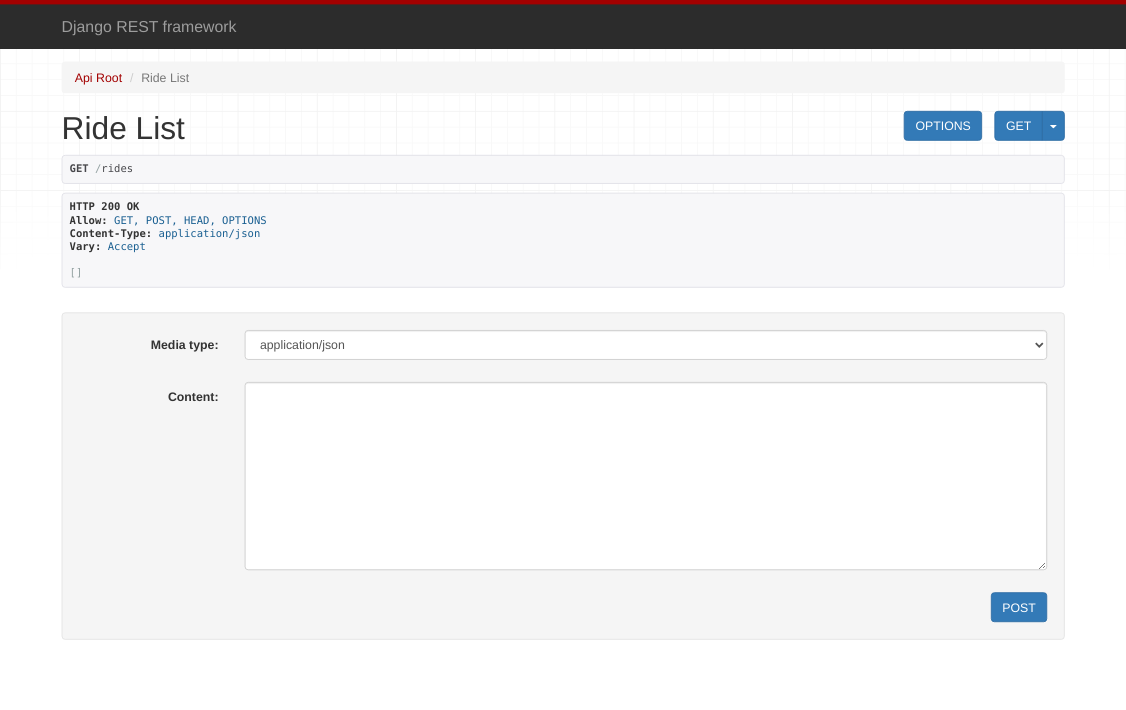
Repository: waynekent10/transport-server
Page: http://localhost/rides
An editor plug-in stored every save of this project. The page is shown before and after the next save, followed by the edit.
The browser window is 1280 px wide. The pictures show the whole page, at 88% of full size.
Backgrounds fixed to the window are drawn as part of the page. The page is served by the project's application, run on Django 4.2 (manage.py). Queries for data that is not in the repository find no rows.

Above is the page before, as saved 2024-07-29 19:48:06.

After the next save:
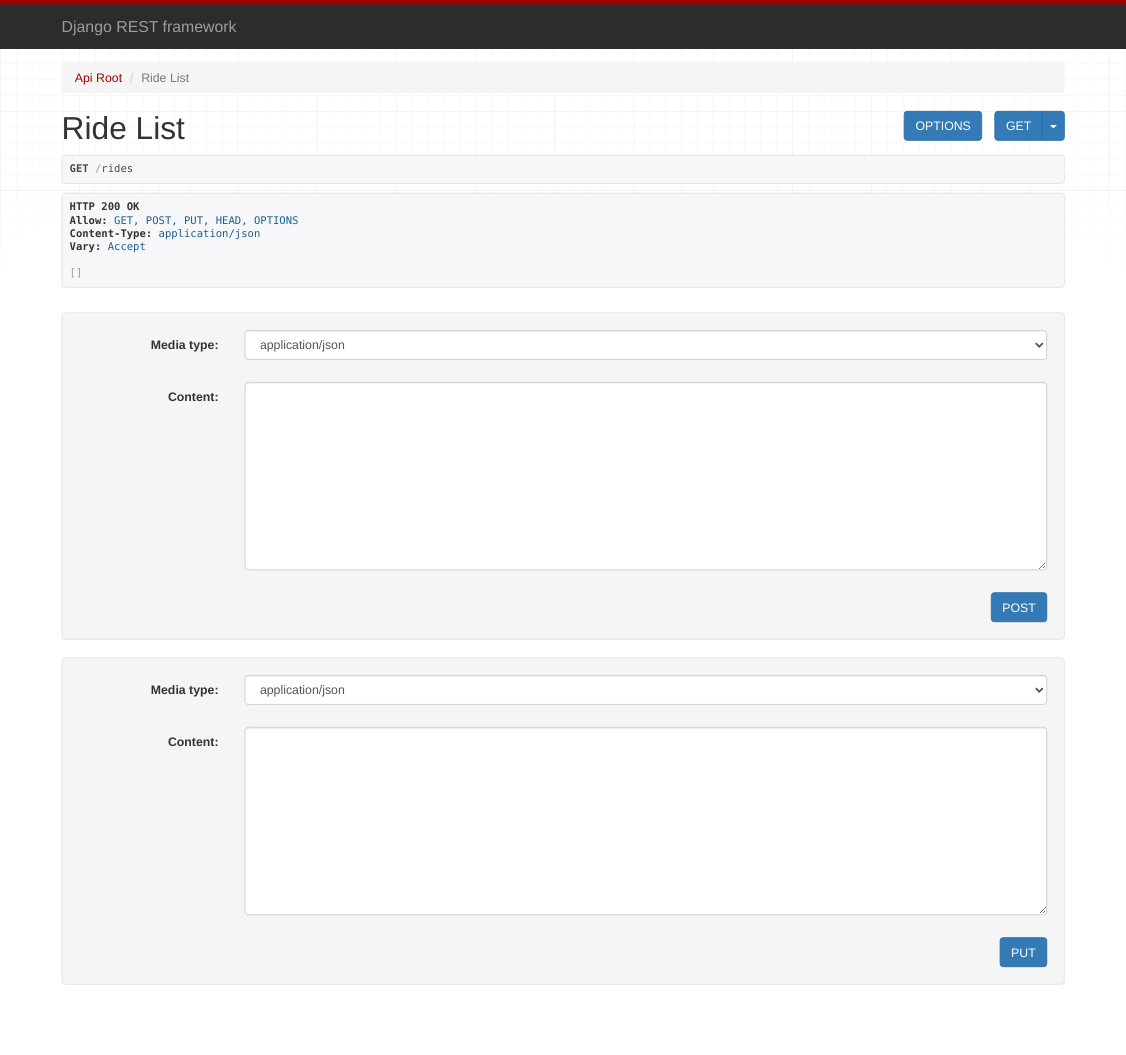
Saved 2 min 28 s later.
--- a/greentransportapi/views/ride_view.py
+++ b/greentransportapi/views/ride_view.py
@@ -36,19 +36,33 @@ class RideView(ViewSet):
         serializer = RideSerializer(ride)
         return Response(serializer.data, status=status.HTTP_201_CREATED)
 
-    def update(self, request, pk):
-        """Handle PUT/PATCH requests to update a ride"""
+    def put(self, request, pk):
+        """Handle PUT requests to update a ride"""
         try:
+            # Fetch the ride to be updated
             ride = Ride.objects.get(pk=pk)
-            ride.user = User.objects.get(id=request.data["user"])
-            ride.scooter = Scooter.objects.get(id=request.data["scooter"])
-            ride.duration = request.data.get("duration", ride.duration)
-            ride.cost = request.data.get("cost", ride.cost)
+
+            # Update ride with provided data
+            ride.user = User.objects.get(pk=request.data['user'])
+            ride.scooter = Scooter.objects.get(pk=request.data['scooter'])
+            ride.duration = request.data['duration']
+            ride.cost = request.data['cost']
             ride.save()
-            serializer = RideSerializer(ride)
-            return Response(serializer.data)
+
+            # Return no content response
+            return Response(None, status=status.HTTP_204_NO_CONTENT)
         except Ride.DoesNotExist:
-            return Response({'message': 'Ride not found'}, status=status.HTTP_404_NOT_FOUND)
+            # Ride not found
+            return Response({'error': 'Ride not found'}, status=status.HTTP_404_NOT_FOUND)
+        except User.DoesNotExist:
+            # User reference is invalid
+            return Response({'error': 'Invalid user'}, status=status.HTTP_400_BAD_REQUEST)
+        except Scooter.DoesNotExist:
+            # Scooter reference is invalid
+            return Response({'error': 'Invalid scooter'}, status=status.HTTP_400_BAD_REQUEST)
+        except KeyError as e:
+            # Handle missing required fields
+            return Response({'error': f'Missing required field: {str(e)}'}, status=status.HTTP_400_BAD_REQUEST)
 
     def destroy(self, request, pk):
         """Handle DELETE requests to delete a ride"""
